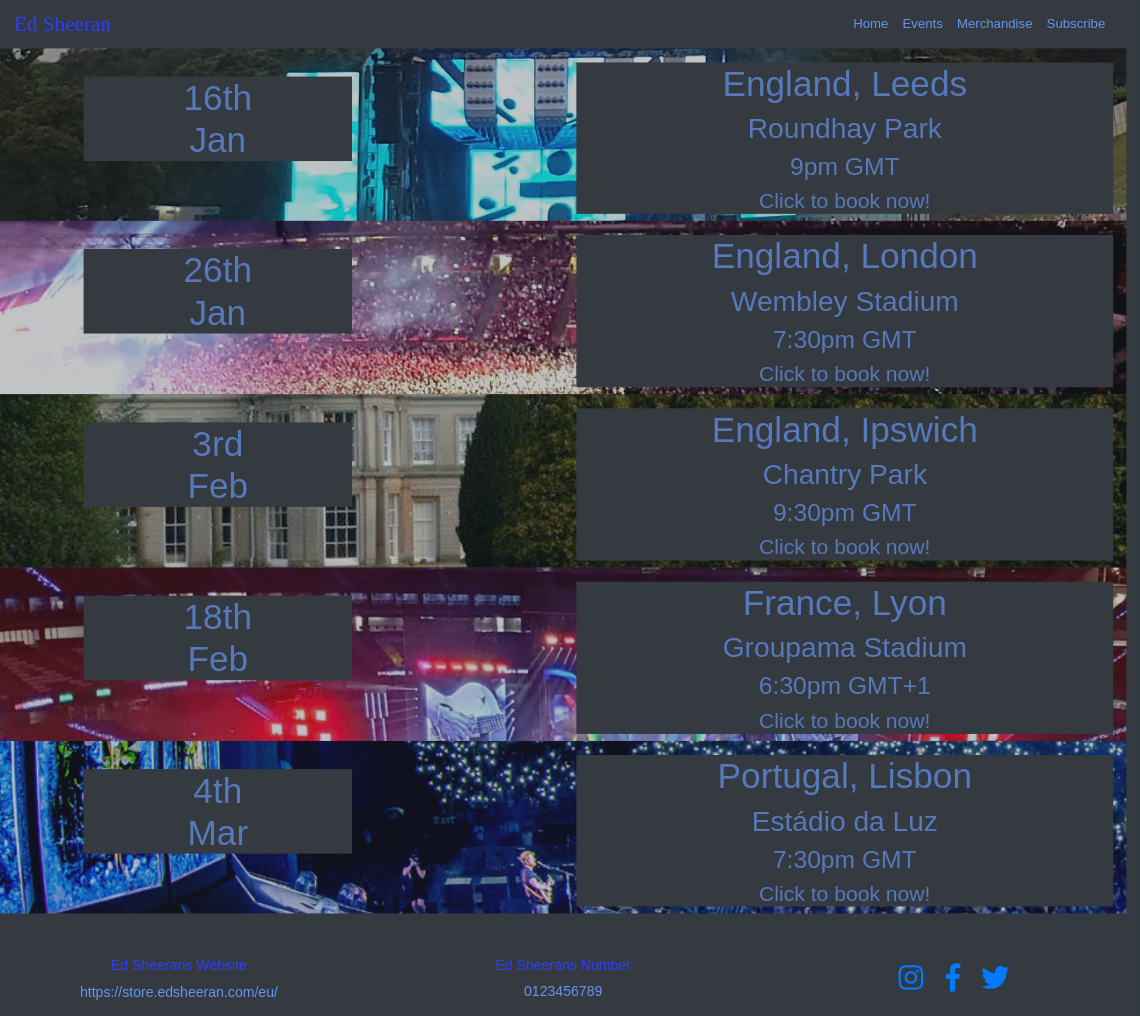
Repository: amit238/milestone-project-1
Page: events.html
The author's editor kept a record of every edit. The page is drawn from the files as they stood at one moment, then again after the next edit.
The browser window is 1280 px wide. The page is 1295 px wide, so the pictures cover 1295 px, including what lies to the right of the window. The pictures show the whole page, at 88% of full size.
Some web libraries are served in a nearby version.

Above is the page before.

After the next edit:
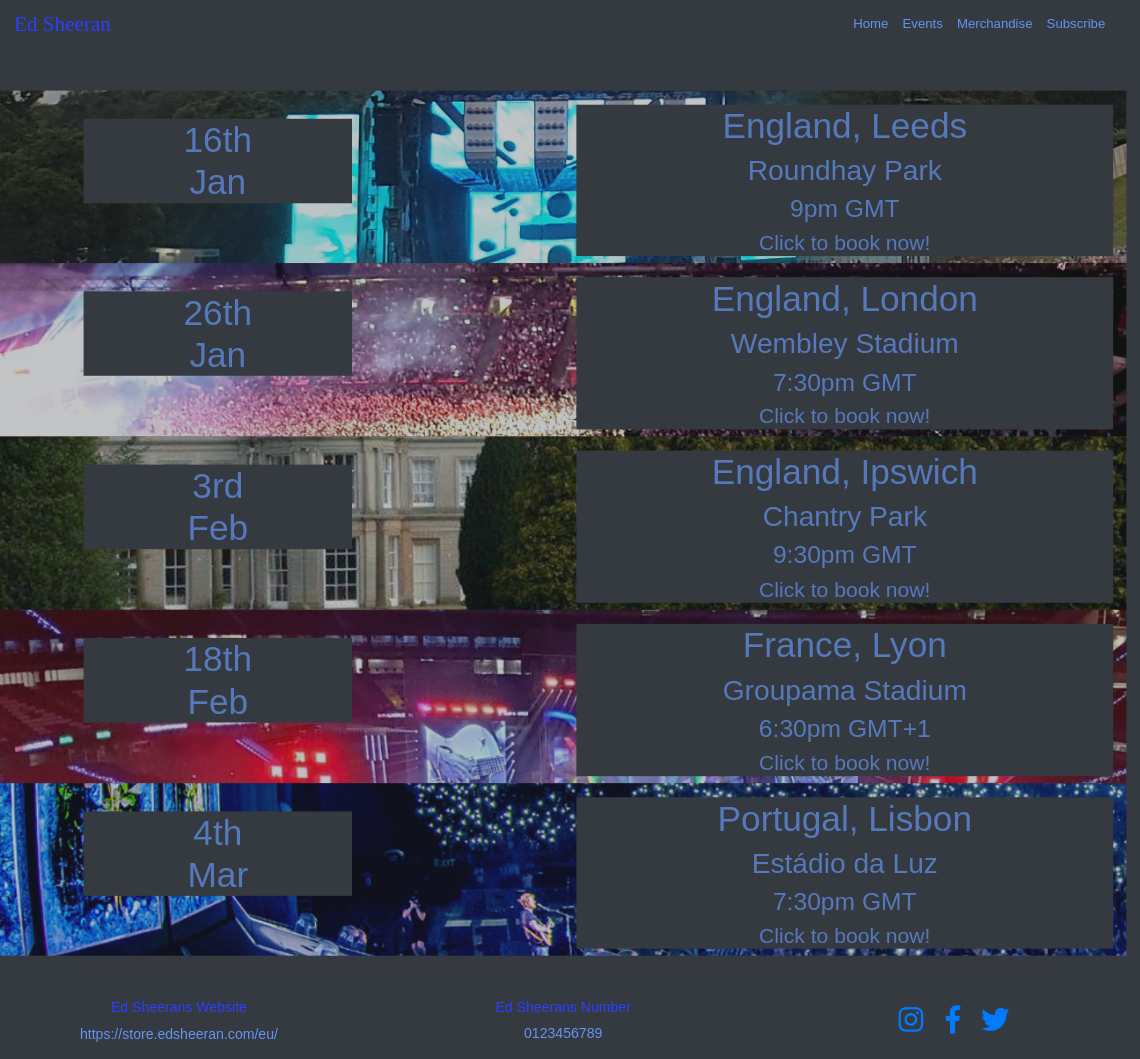
The edit:
--- a/assets/css/style.css
+++ b/assets/css/style.css
@@ -19,9 +19,9 @@
 
 /*------------Navbar margin------------*/
 
-/*.container-fluid {*/
-/*    margin-top: 3em;*/
-/*}*/
+.container-fluid {
+    margin-top: 3em;
+}
 
 .marg {
     margin-top: 1em;
